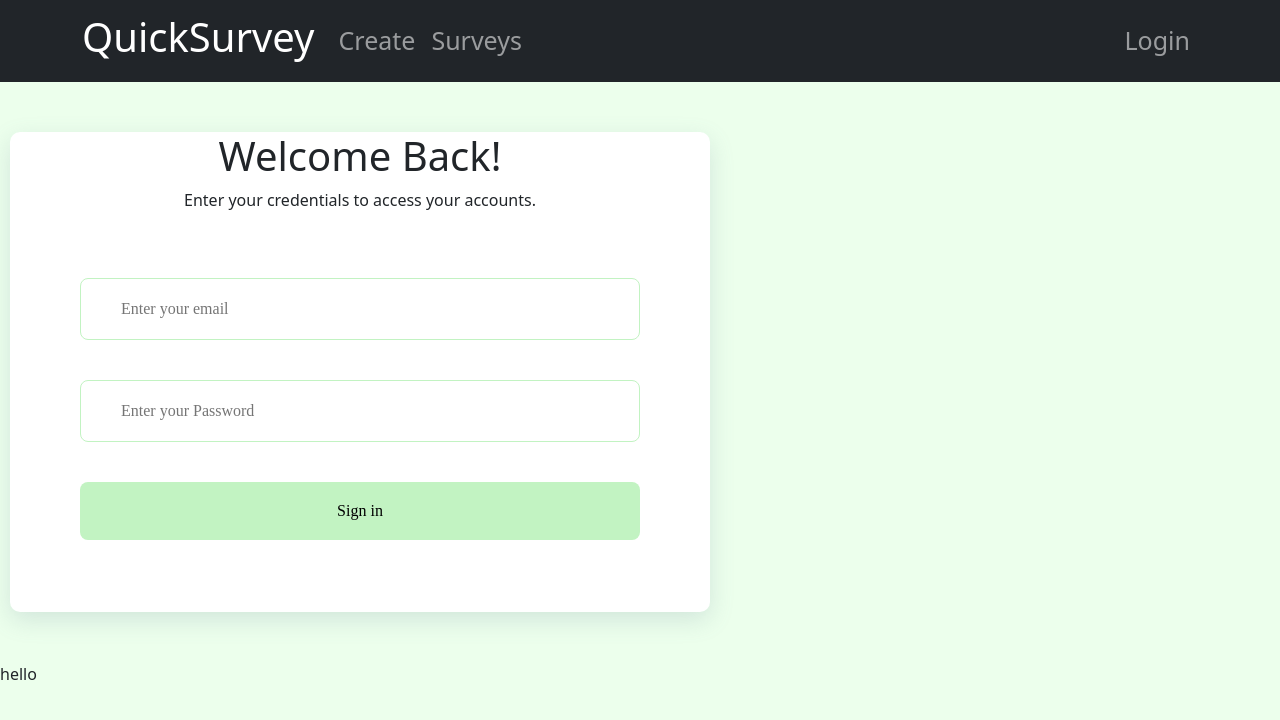
Repository: cakuang1/QuickSurveyReact
Page: /login
An editor plug-in stored every save of this project. The page is shown before and after a run of saves, followed by the edit.
The browser window is 1280 px wide. The pictures show the whole page.
The project was rebuilt for these pictures with package versions that can differ from the ones it lists, and the page was loaded fresh each time. Also part of the build but not shown: src/index.css, src/pages/home/home.js, src/pages/create/create.js, src/pages/pastsurveys/pastsurveys.js.

Above is the page before, as saved 2022-07-24 18:21:10.

After the next 3 saves:
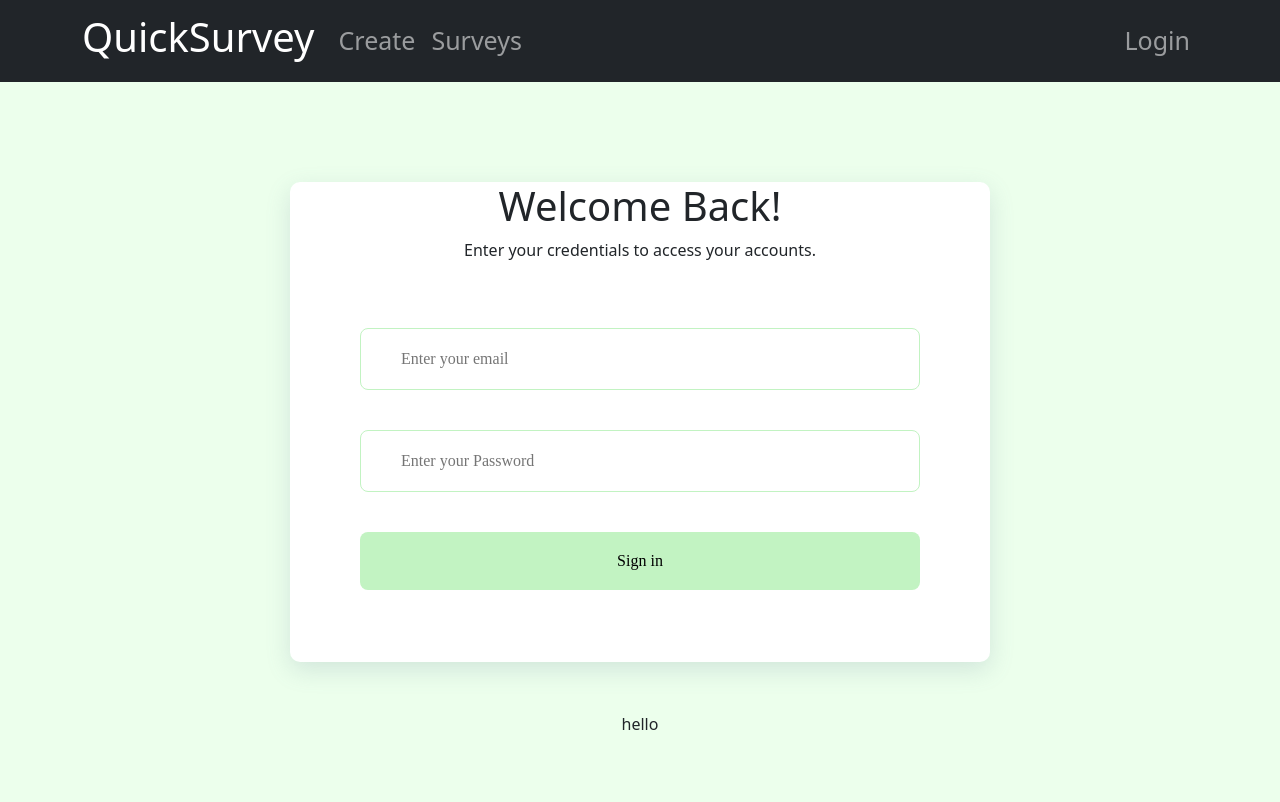
The 3 saves are shown as one change because they came seconds apart.
The last was saved 57 s later.
--- a/src/pages/login/login.css
+++ b/src/pages/login/login.css
@@ -18,8 +18,12 @@ body {
 
 .test {
     display: flex;
+    width: 100vw;
+    height: 100vh;
+    flex-direction: column;
+    align-items: center;
     justify-content: center;
-    flex-direction: column;
+    transition: background-color .2s;
 }
 
 .loginform {
